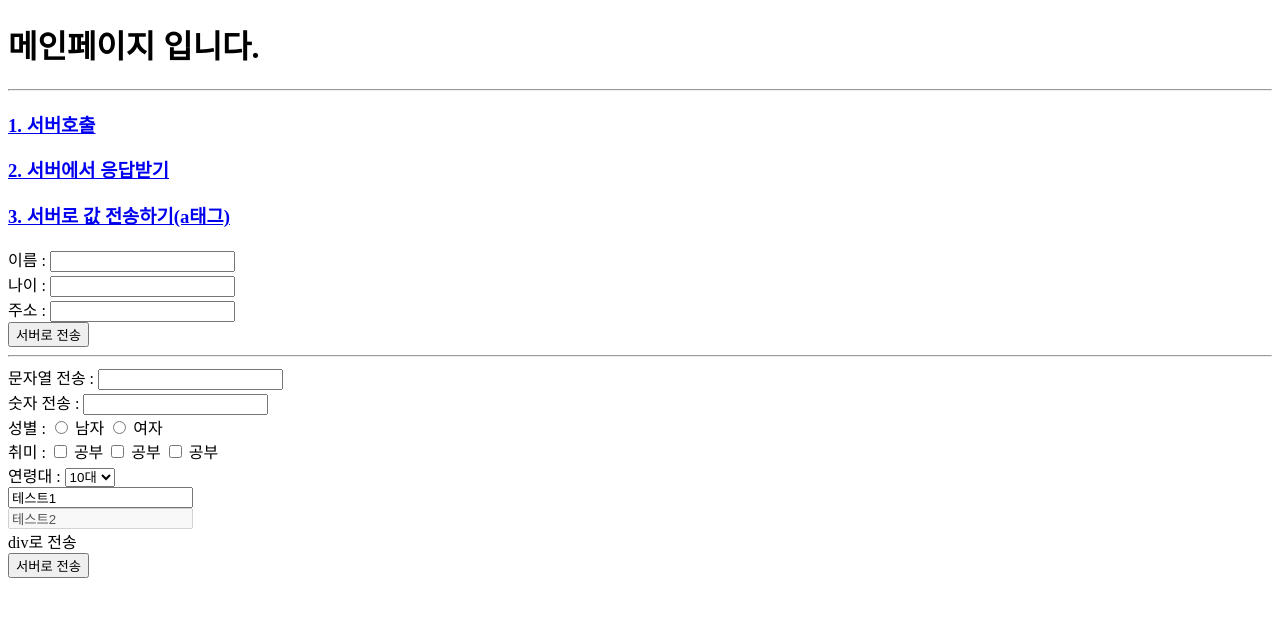
Repository: JWbase/Web_JAVA
Page: web-workspace/02_noDbProject/src/main/webapp/index.html
An editor plug-in stored every save of this project. The page is shown before and after the next save, followed by the edit.
The browser window is 1280 px wide. The pictures show the whole page.

Above is the page before, as saved 2022-08-29 07:54:28.

### web-workspace/02_noDbProject/src/main/webapp/index.html
<!DOCTYPE html>
<html>
<head>
<meta charset="UTF-8">
<title>Insert title here</title>
</head>
<body>
	<h1>메인페이지 입니다.</h1>
	<hr>
	<h3>
		<a href="/requestServer.do">1. 서버호출</a>
	</h3>
	<h3>
		<a href="/responseTest.do">2. 서버에서 응답받기</a>
	</h3>
	<h3>
		<a href="/sendData1.do?name=이정우&test=abc">3. 서버로 값 전송하기(a태그)</a>
	</h3>
	<form action="/sendData2.do" method="post">
		이름 : <input type="text" name="name"><br> 나이 : <input
			type="text" name="age"><br> 주소 : <input type="text"
			name="addr"><br> <input type="submit" value="서버로 전송">
	</form>
	<hr>
	<form action="/sendData3.do" method="post">
		문자열 전송 : <input type="text" name="str"><br> 숫자 전송 : <input
			type="text" name="num"><br> 성별 : <input type="radio"
			name="gender" value="남" id="m"> <label for="m">남자</label> <input
			type="radio" name="gender" value="여" id="f"> <label for="f">여자</label>
		<br> 취미 : <input type="checkbox" name="hobby" value="공부"
			id="study"> <label for="study">공부</label> <input
			type="checkbox" name="hobby" value="독서" id="book"> <label
			for="book">공부</label> <input type="checkbox" name="hobby" value="잠"
			id="sleep"> <label for="sleep">공부</label> <br> 연령대 : <select
			name="age">
			<option value="10">10대</option>
			<option value="20">20대</option>
			<option value="30">30대</option>
			<option value="40">40대</option>
		</select> <br>
		<input type="hidden" name="hiddenData" value="히든데이터">
		<input type="text" name="input1" value="테스트1" readonly><br>
		<input type="text" name="input2" value="테스트2" disabled><br>
		<div name="test3" value="테스트3">div로 전송</div>
		<input type="submit" value="서버로 전송">
	</form>
</body>
</html>

After the next save:
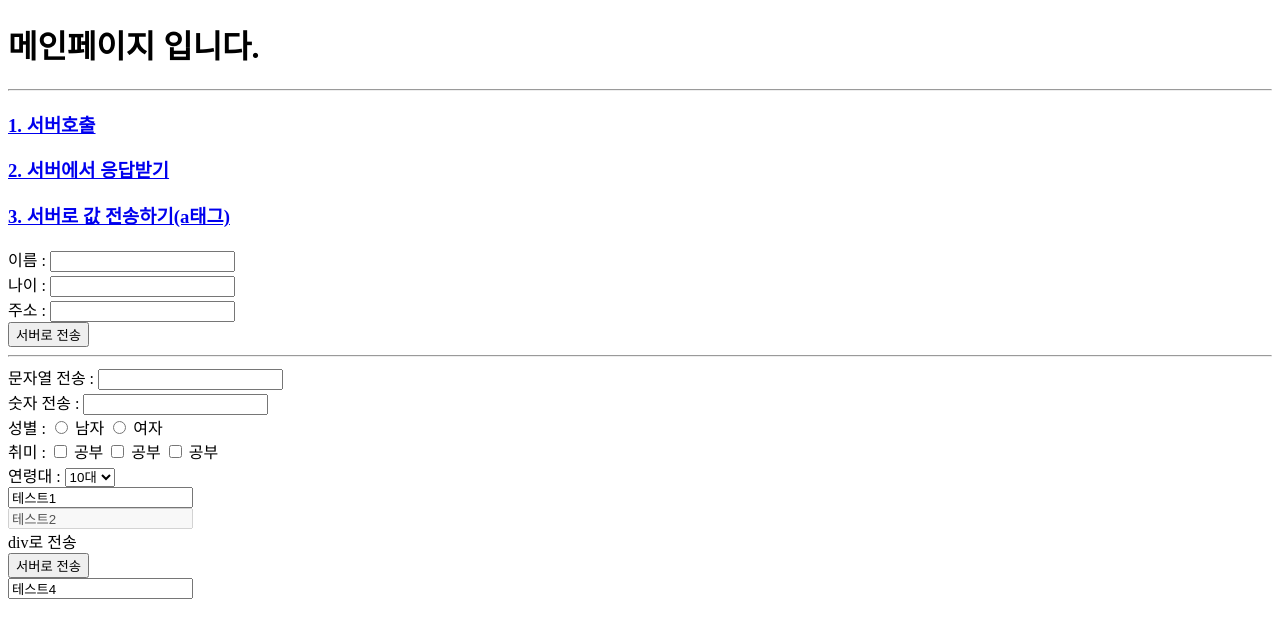
Saved 18 s later.
--- a/web-workspace/02_noDbProject/src/main/webapp/index.html
+++ b/web-workspace/02_noDbProject/src/main/webapp/index.html
@@ -44,5 +44,6 @@
 		<div name="test3" value="테스트3">div로 전송</div>
 		<input type="submit" value="서버로 전송">
 	</form>
+	<input type="text" name="input3" value="테스트4">
 </body>
 </html>
